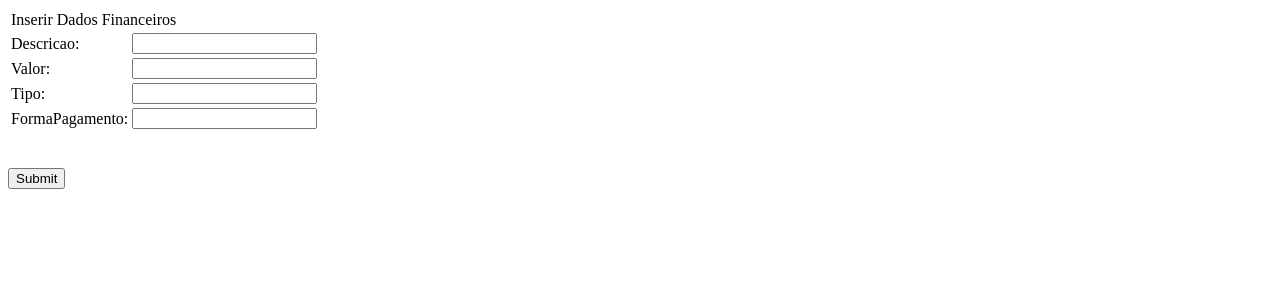
Repository: TadeuN1/PersonalProject-mySQL-eclipseIDE
Page: Movimentacoes/src/main/webapp/InfoMovimentacoes.html
An editor plug-in stored every save of this project. The page is shown before and after the next save, followed by the edit.
The browser window is 1280 px wide. The pictures show the whole page.

Above is the page before, as saved 2023-06-29 02:08:32.

After the next save:
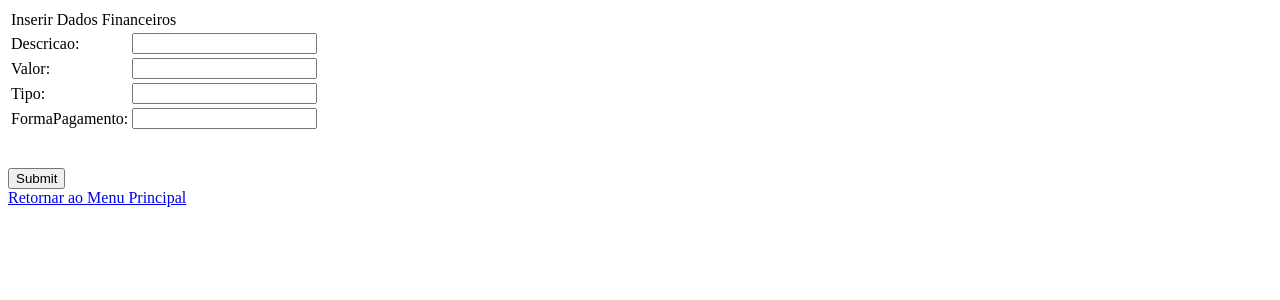
Saved 3 min 40 s later.
--- a/Movimentacoes/src/main/webapp/InfoMovimentacoes.html
+++ b/Movimentacoes/src/main/webapp/InfoMovimentacoes.html
@@ -30,5 +30,8 @@
 		<br><br>
 		<input type="Submit" name="Gravar">
 		</form>
+
+		<a href="\Movimentacoes">Retornar ao Menu Principal</a>
+
 	</body>
 </html>
